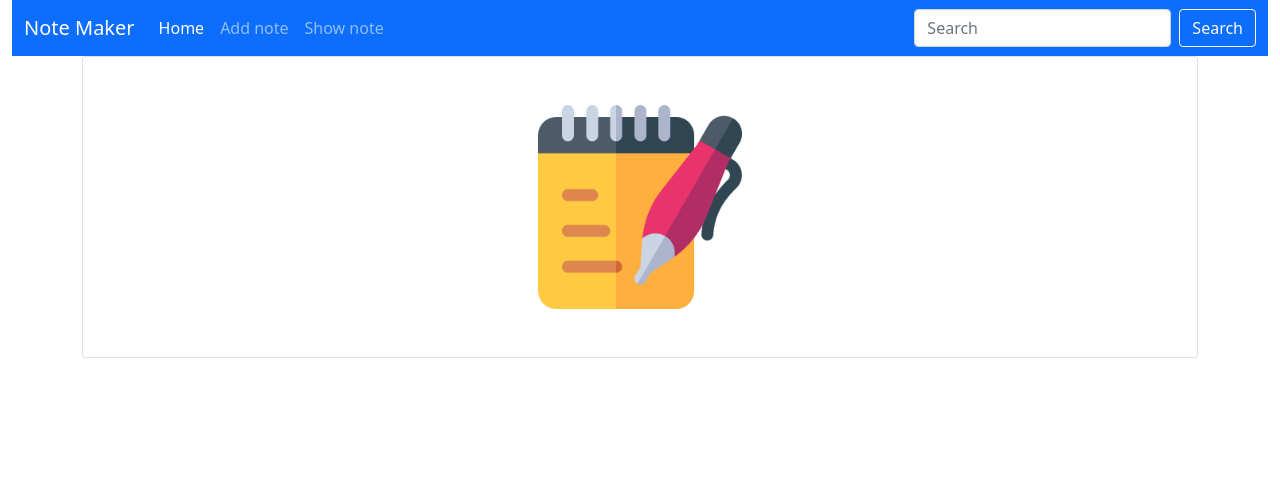
Repository: sachin1830/hibernateproject
Page: http://localhost/com.todolist/
The author's editor kept a copy of each file at every save. The page is drawn from the files as they stood at one save, then again after the next save.
The browser window is 1280 px wide. The pictures show the whole page.
Some web libraries are served in a nearby version. The page is served by Tomcat 9.

Above is the page before, as saved 2021-01-23 05:57:33.

After the next save:
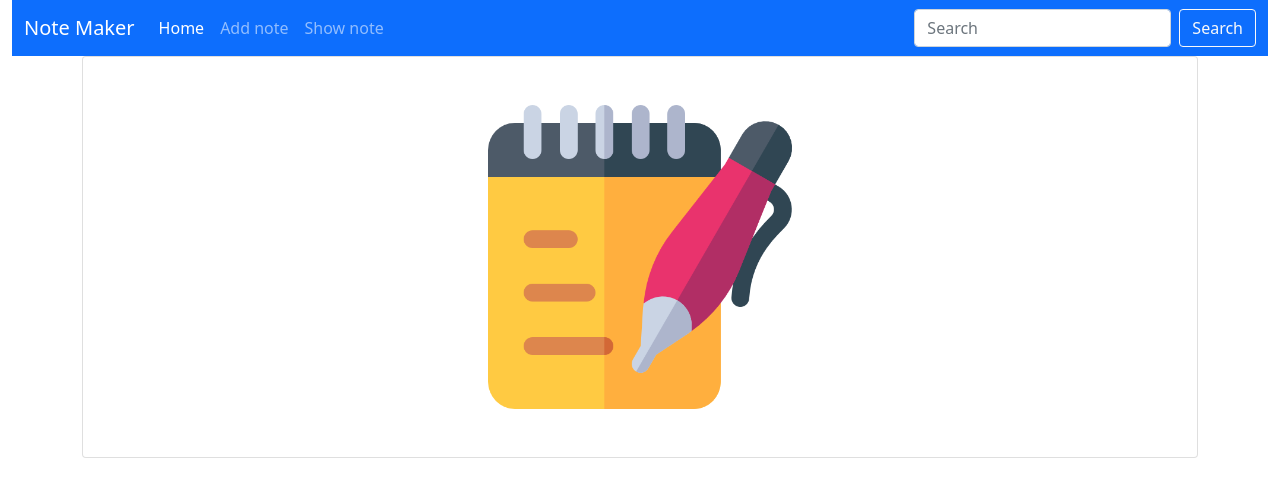
Saved 12 s later.
--- a/com.todolist/src/main/webapp/index.jsp
+++ b/com.todolist/src/main/webapp/index.jsp
@@ -16,7 +16,7 @@
   	</div>
   	<div class="container">
   		<div class="card">
-  			<img src="img/notes.png" alt="image not found" style="max-width:300px" class="img-fluid mx-auto p-5">
+  			<img src="img/notes.png" alt="image not found" style="max-width:400px" class="img-fluid mx-auto p-5">
   		</div>
   	</div>
 
